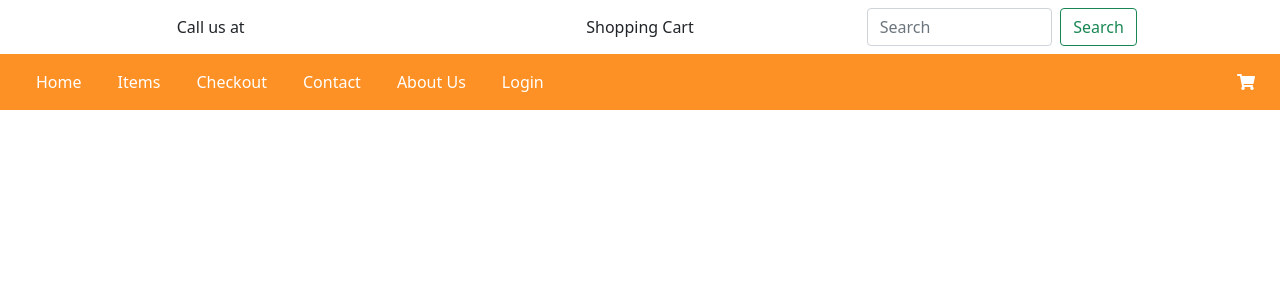
Repository: SaudCh/React-Ecommerce
Page: /login
The author's editor kept a copy of each file at every save. The page is drawn from the files as they stood at one save, then again after the next save.
The browser window is 1280 px wide. The page is 1284 px wide, so the pictures cover 1284 px, including what lies to the right of the window. The pictures show the whole page.
The project was rebuilt for these pictures with package versions that can differ from the ones it lists, and the page was loaded fresh each time. Also part of the build but not shown: src/App.css.

Above is the page before, as saved 2021-12-05 12:41:27.

After the next save:
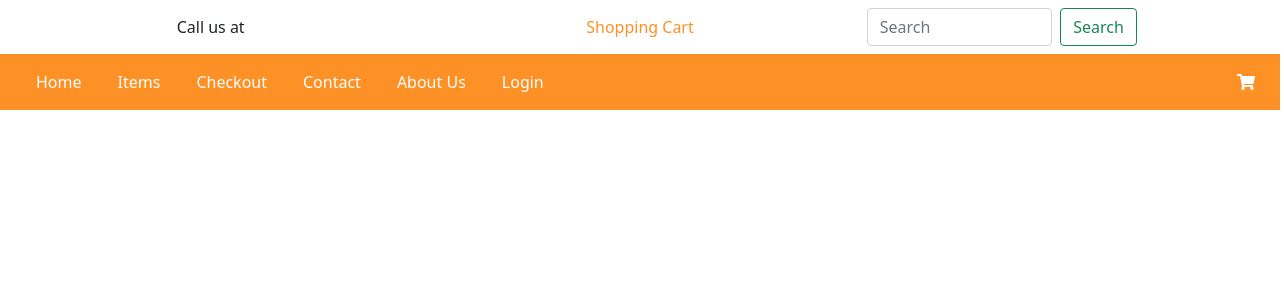
Saved 38 s later.
--- a/src/Header/Header.jsx
+++ b/src/Header/Header.jsx
@@ -13,7 +13,9 @@ export default function Header() {
             <p className="m-0 p-0">Call us at </p>
           </div>
           <div className="col-12 col-md-4 text-center">
-            <p className="m-0">Shopping Cart</p>
+            <p className="m-0" style={{ color: "#fe9126" }}>
+              Shopping Cart
+            </p>
           </div>
           <div className="col-12 col-md-4 text-center">
             <form class="d-flex col-12 col-lg-8">
